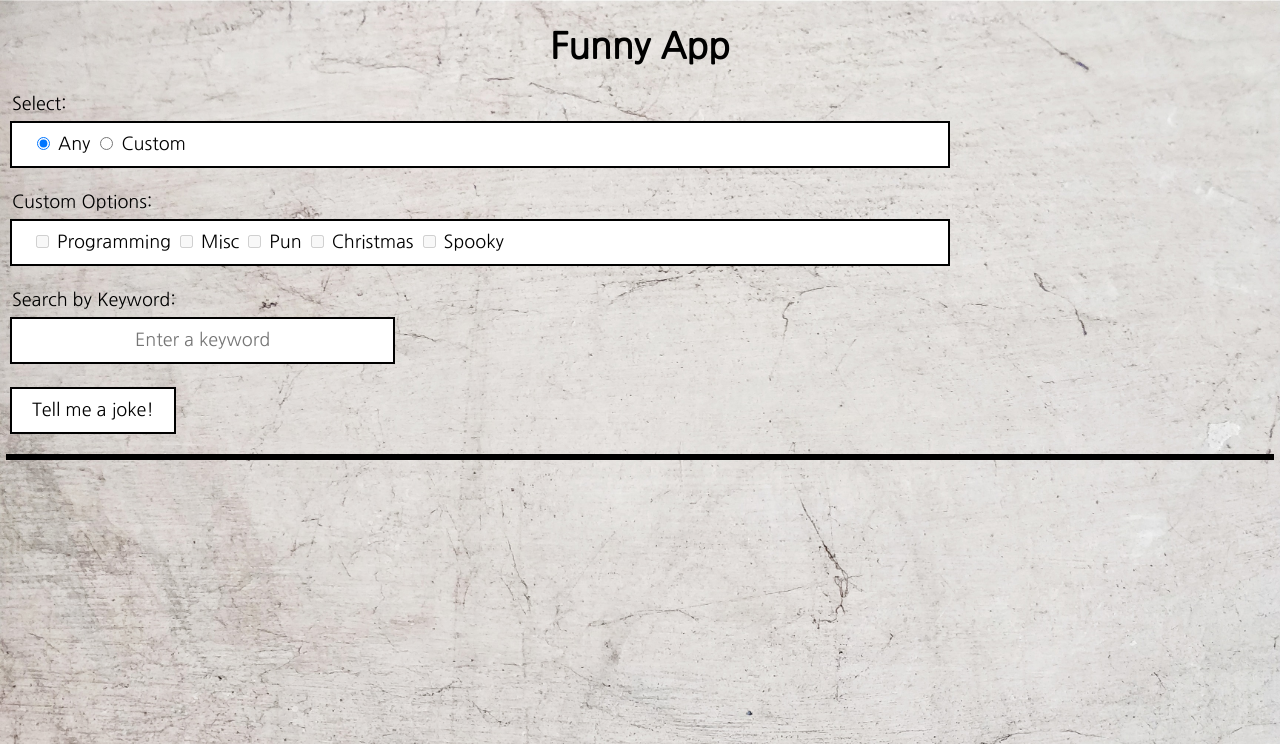
Repository: kaitlynMidori/dadJokeApi
Page: index.html
These files come from the project's save history. The page is drawn as it stood at one moment and after the next save; the edit follows.
The browser window is 1280 px wide. The pictures show the whole page.
Some web libraries are served in a nearby version.

Above is the page before, as saved 2021-01-08 12:41:58.

After the next save:
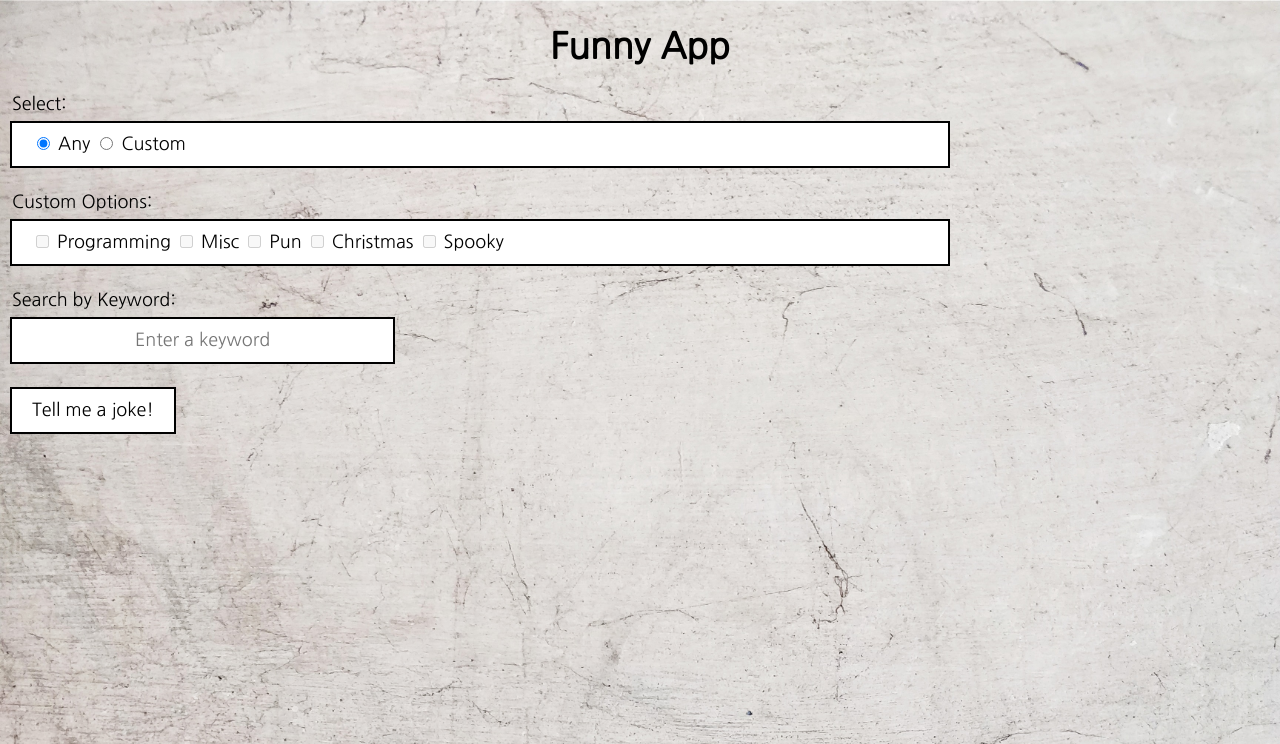
Saved 33 s later.
--- a/index.html
+++ b/index.html
@@ -63,7 +63,7 @@
 
             <button type="submit" id="submit button">Tell me a joke!</button>
 
-            <section id="results">
+            <section id="results" hidden>
                 <div id="result"></div>
             </section>
     </div>

After the save that followed:
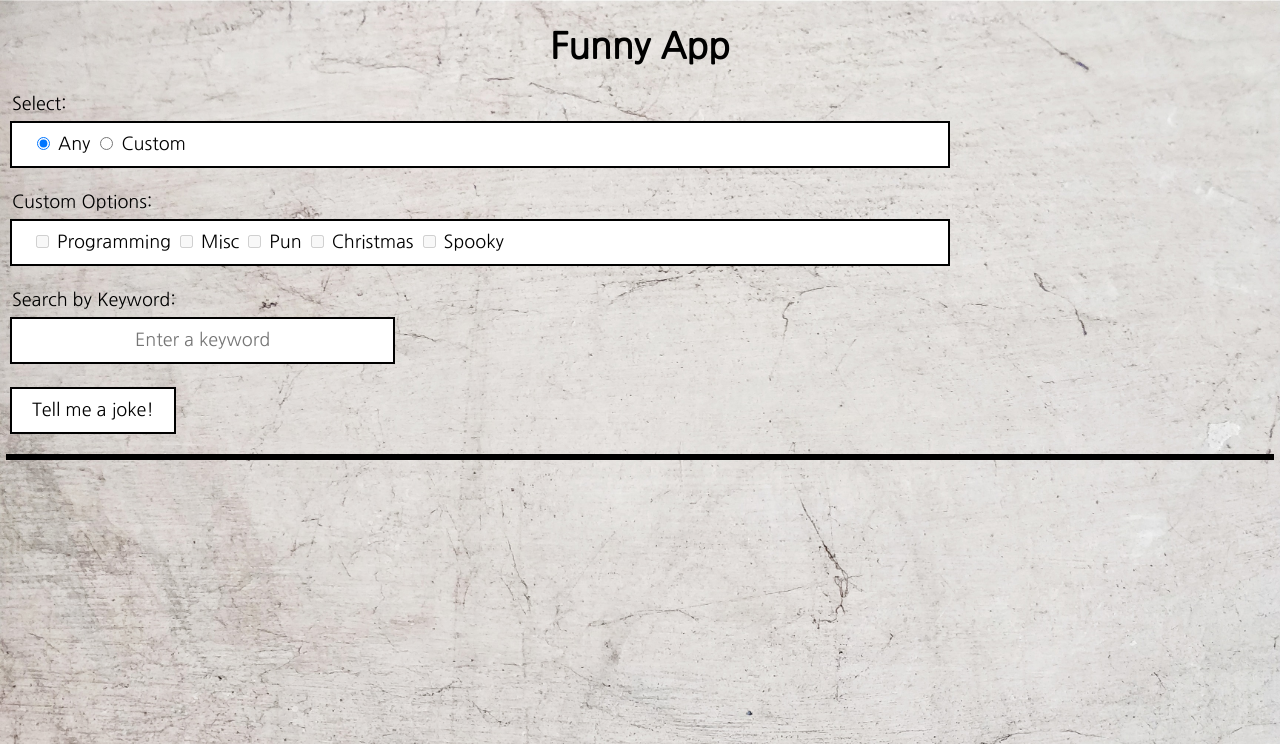
Saved 40 s later.
--- a/index.html
+++ b/index.html
@@ -63,7 +63,7 @@
 
             <button type="submit" id="submit button">Tell me a joke!</button>
 
-            <section id="results" hidden>
+            <section id="results">
                 <div id="result"></div>
             </section>
     </div>
